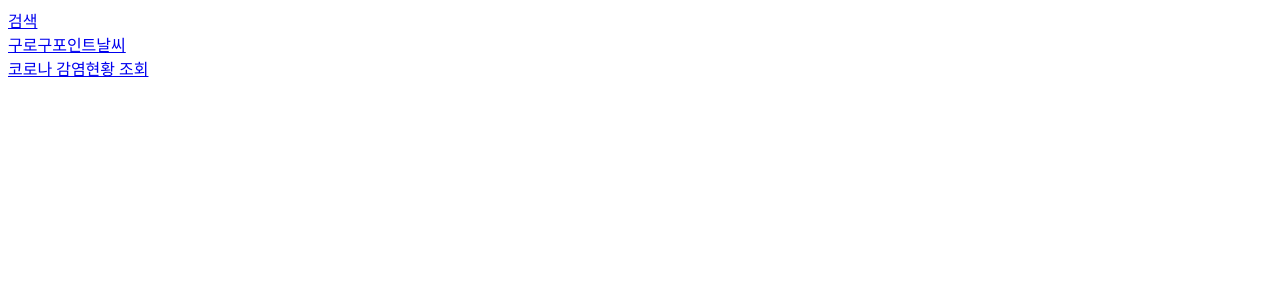
Repository: jeehui/JSPStudy
Page: http://localhost/OPENAPI_PRAC/
An editor plug-in stored every save of this project. The page is shown before and after the next save, followed by the edit.
The browser window is 1280 px wide. The pictures show the whole page.
The page is served by Tomcat 9. Other server files are loaded and not shown.

Above is the page before, as saved 2022-05-04 05:05:04.

### OPENAPI_PRAC/src/main/webapp/index.jsp
<%@ page language="java" contentType="text/html; charset=UTF-8"
    pageEncoding="UTF-8"%>
<!DOCTYPE html>
<html>
<head>
<meta charset="UTF-8">
<title>Insert title here</title>
</head>
<body>
	<a href="/OPENAPI/searchPage.do">검색</a>
	<br>
	<a href="/OPENAPI/guroPointFocInfoSvcPage.do">구로구포인트날씨</a>
	<br>
	<a href="/OPENAPI/covid19InfStateJsonPage.do">코로나 감염현황 조회</a>
</body>
</html>

After the next save:
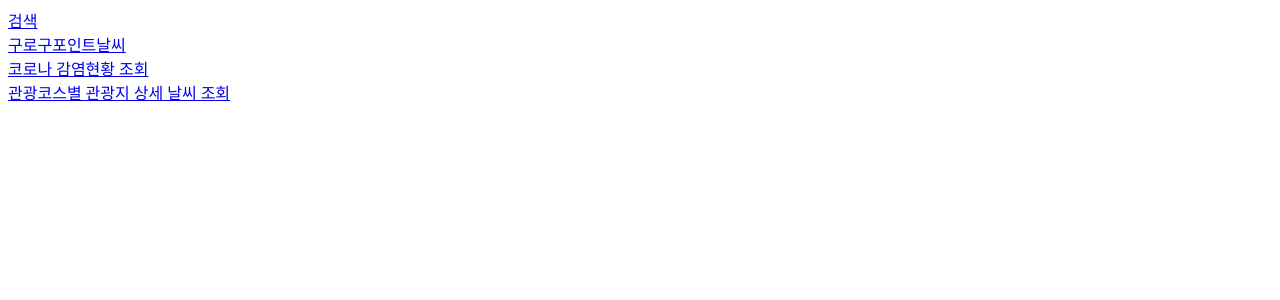
Saved 111 s later.
--- a/OPENAPI_PRAC/src/main/webapp/index.jsp
+++ b/OPENAPI_PRAC/src/main/webapp/index.jsp
@@ -12,5 +12,7 @@
 	<a href="/OPENAPI/guroPointFocInfoSvcPage.do">구로구포인트날씨</a>
 	<br>
 	<a href="/OPENAPI/covid19InfStateJsonPage.do">코로나 감염현황 조회</a>
+	<br>
+	<a href="/OPENAPI/tourStnInfoPage.do">관광코스별 관광지 상세 날씨 조회</a>
 </body>
 </html>
